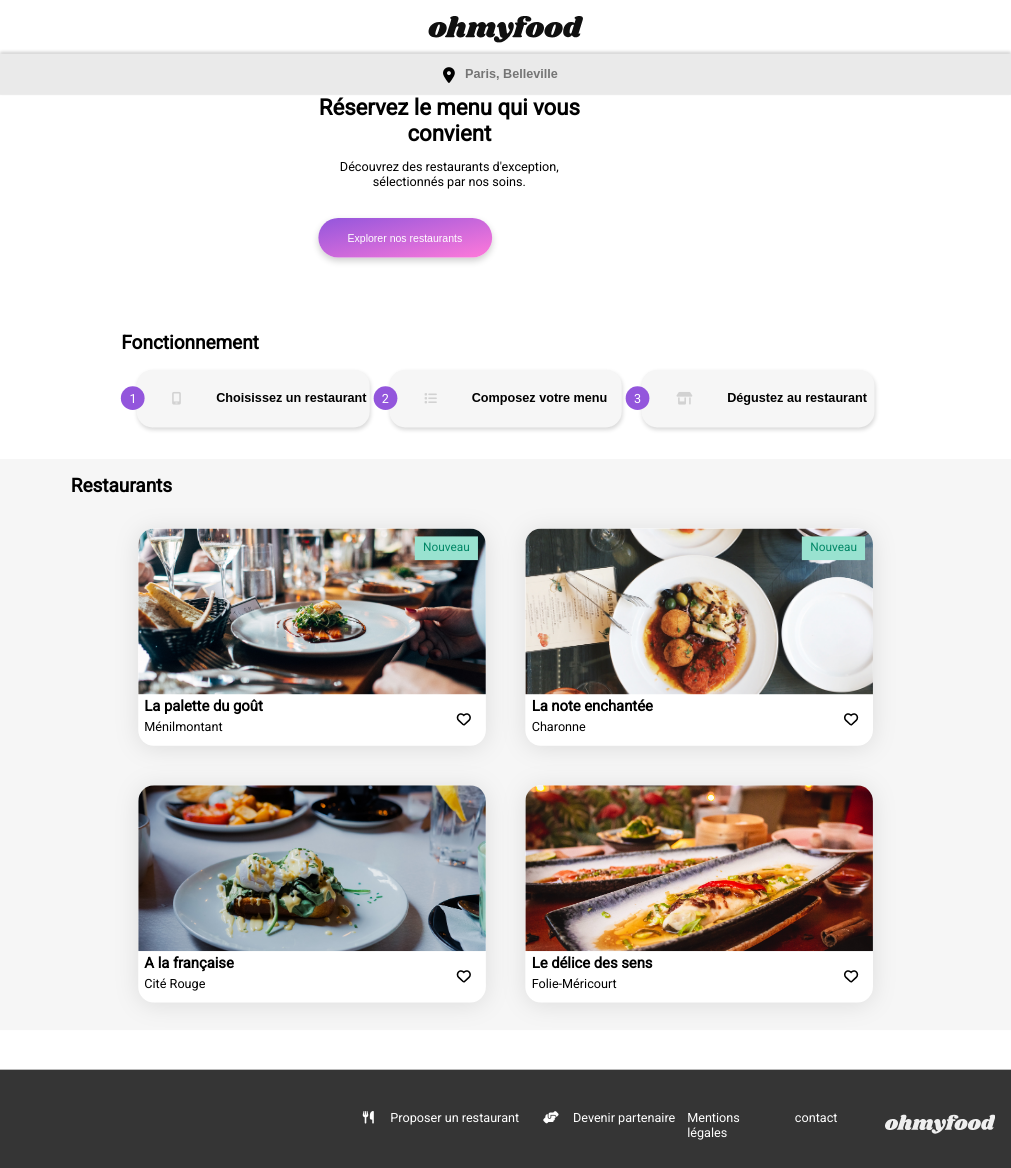
Repository: ByteVoyageur/OC-P4
Page: index.html
The author's editor kept a copy of each file at every save. The page is drawn from the files as they stood at one save, then again after the next save.
The browser window is 1280 px wide. The pictures show the whole page, at 79% of full size.
Some web fonts or font styles are not loaded; a fallback is used. The style sheet was rebuilt from its Sass, Less or Tailwind sources for each picture, by a compiler version that may differ from the author's.

Above is the page before, as saved 2023-09-28 14:59:03.

### index.html
<!DOCTYPE html>
<html lang="fr">

<head>
    <meta charset="UTF-8">
    <meta name="viewport" content="width=device-width, initial-scale=1.0">
    <title>Ohmyfood</title>
    <link rel="stylesheet" href="https://cdnjs.cloudflare.com/ajax/libs/font-awesome/6.2.1/css/all.min.css">
    <link rel="preconnect" href="https://fonts.googleapis.com">
    <link rel="preconnect" href="https://fonts.gstatic.com" crossorigin>
    <link href='https://fonts.googleapis.com/css?family=Roboto' rel='stylesheet'>
    <link href="https://fonts.googleapis.com/css2?family=Shrikhand&display=swap" rel="stylesheet">
    <link href="https://fonts.googleapis.com/css2?family=Bebas+Neue&display=swap" rel="stylesheet">
    <link rel="stylesheet" href="assets/css/style.css">
</head>

<body>
    <div class="promo-bouncer-animation">
        <div class="bouncer">
            <div></div>
            <div></div>
            <div></div>
        </div>
        <div class="promo-text">
            Profitez de <span class="highlight">50%</span> de réduction sur votre première commande !
        </div>
    </div>
    <div class="main-container">
        <header>
            <div class="logo">
                <img src="assets/images/logo/ohmyfood@2x.svg" alt="logo">
            </div>
            <form action="#" class="search-form">
                <i class="fa-solid fa-location-dot location-icon fa-lg"></i>
                <input type="text" name="search" placeholder="Paris, Belleville" class="search-input">
            </form>
        </header>
        <main>
            <section class="restaurants-intro">
                <h1>Réservez le menu qui vous convient</h1>
                <p>Découvrez des restaurants d'exception, sélectionnés par nos soins.</p>
                <button class="btn-exploration">Explorer nos restaurants</button>
            </section>

            <div class="fonctionnement">
                <h2>Fonctionnement</h2>
                <div class="steps-container">
                    <div class="step">
                        <span>1</span>
                        <button>
                            <i class="fa-solid fa-mobile-screen"></i>
                            <span>Choisissez un restaurant</span>
                        </button>
                    </div>
                    <div class="step">
                        <span>2</span>
                        <button>
                            <i class="fa-solid fa-list"></i>
                            <span>Composez votre menu</span>
                        </button>
                    </div>
                    <div class="step">
                        <span>3</span>
                        <button>
                            <i class="fa-solid fa-shop"></i>
                            <span>Dégustez au restaurant</span>
                        </button>
                    </div>
                </div>
            </div>

            <section class="restaurants-list">
                <h2>Restaurants</h2>
                <div class="restaurants-cards">
                    <a href="restaurants/laPaletteDuGout.html">
                        <article class="card">
                            <div class="card-image">
                                <img src="assets/images/restaurants/jay-wennington-N_Y88TWmGwA-unsplash.jpg"
                                    alt="restaurant">
                                <span class="card-tag">Nouveau</span>
                            </div>
                            <div class="card-content">
                                <div class="card-txt">
                                    <h3>La palette du goût</h3>
                                    <p>Ménilmontant</p>
                                </div>
                                <div class="card-rating">
                                    <i class="fa-solid fa-heart"></i>
                                </div>
                            </div>
                        </article>
                    </a>
                    <a href="restaurants/laNoteEnchantee.html">
                        <article class="card">
                            <div class="card-image">
                                <img src="assets/images/restaurants/stil-u2Lp8tXIcjw-unsplash.jpg" alt="restaurant">
                                <span class="card-tag">Nouveau</span>
                            </div>
                            <div class="card-content">
                                <div class="card-txt">
                                    <h3>La note enchantée</h3>
                                    <p>Charonne</p>
                                </div>
                                <div class="card-rating">
                                    <i class="fa-solid fa-heart"></i>
                                </div>
                            </div>
                        </article>
                    </a>
                    <a href="restaurants/aLaFrancaise.html">
                        <article class="card">
                            <div class="card-image">
                                <img src="assets/images/restaurants/toa-heftiba-DQKerTsQwi0-unsplash.jpg"
                                    alt="restaurant">
                            </div>
                            <div class="card-content">
                                <div class="card-txt">
                                    <h3>A la française</h3>
                                    <p>Cité Rouge</p>
                                </div>
                                <div class="card-rating">
                                    <i class="fa-solid fa-heart"></i>
                                </div>
                            </div>
                        </article>
                    </a>
                    <a href="restaurants/leDeliceDesSens.html">
                        <article class="card">
                            <div class="card-image">
                                <img src="assets/images/restaurants/louis-hansel-shotsoflouis-qNBGVyOCY8Q-unsplash.jpg"
                                    alt="restaurant">
                            </div>
                            <div class="card-content">
                                <div class="card-txt">
                                    <h3>Le délice des sens</h3>
                                    <p>Folie-Méricourt</p>
                                </div>
                                <div class="card-rating">
                                    <i class="fa-solid fa-heart"></i>
                                </div>
                            </div>
                        </article>
                    </a>
                </div>
            </section>
        </main>
        <footer>
            <div class="footer-logo">
                <img src="assets/images/logo/ohmyfood@2x.svg" alt="logo">
            </div>
            <div class=" footer-social">
                <ul>
                    <li class="proposer-un-restaurant">
                        <i class="fa-solid fa-utensils"></i>
                        <a href="#">Proposer un restaurant</a>
                    </li>
                    <li class="devenir-partenaire">
                        <i class="fa-solid fa-handshake-angle"></i>
                        <a href="#">Devenir partenaire</a>
                    </li>
                    <li><a href="#">Mentions légales</a></li>
                    <li><a href="mailto:example@example.com">contact</a></li>
                </ul>
            </div>
        </footer>
    </div>

</body>

</html>

### sass/style.scss
@import 'color';
@import 'body';
@import 'header';
@import 'footer';
@import 'animation-loading';
@import 'heart-hover-effect';
@import 'mixin';

.btn-exploration {
  @include btn-exploration-style;
  background: linear-gradient(
    175deg,
    $color-Primaire 0%,
    $color-Secondaire 100%
  );
  box-shadow: 0px 4px 10px 0px rgba(0, 0, 0, 0.2);

  &:hover {
    box-shadow: 0px 4px 20px 0px rgba(0, 0, 0, 0.2);
    transform: scale(1.05);
  }
}

.btn-exploration {
  @include btn-exploration-style;
  background: linear-gradient(
    to bottom right,
    $color-Primaire,
    $color-Secondaire
  );

  &:hover {
    background: linear-gradient(
      to bottom right,
      $color-Primaire,
      $color-Secondaire 80%
    );
    box-shadow: 0px 10px 20px rgba(0, 0, 0, 0.2);
    transform: scale(1.05);
  }
}

.restaurants-list {
  display: flex;
  background-color: #f6f6f6;
  width: 100%;
  flex-direction: column;
  gap: 20px;
  margin-bottom: 50px;
  padding: 0 7%;
}

.restaurants-intro {
  height: 350px;
  color: black;

  h1 {
    width: 70%;
    font-size: 1.75em;
    font-weight: bold;
    margin-bottom: 10px;
    text-align: center;
    margin-top: 0;
  }

  p {
    width: 70%;
    font-size: 1.2em;
    text-align: center;
  }
}

.fonctionnement {
  width: 100%;
  display: flex;
  flex-direction: column;
  h2 {
    margin-left: 6%;
  }

  .steps-container {
    display: flex;
    flex-direction: column;
    align-items: center;
    width: 100%;
    gap: 25px;
    margin-bottom: 50px;

    .step {
      display: flex;
      flex-direction: row;
      align-items: center;
      justify-content: center;
      width: 85%;
      position: relative;

      span:nth-child(1) {
        background-color: $color-Primaire;
        border-radius: 50%;
        color: white;
        width: 30px;
        height: 30px;
        display: flex;
        align-items: center;
        justify-content: center;
        position: absolute;
        left: -20px;
        z-index: 2;
      }
    }

    button {
      width: 100%;
      background-color: #f6f6f6;
      font-weight: bold;
      font-size: 1em;
      border-radius: 20px;
      height: 73px;
      display: flex;
      align-items: center;
      justify-content: flex-start;
      box-shadow: 1px 3px 6px rgba(0, 0, 0, 0.16);
      gap: 15%;
      padding: 0;
      border: none;
      cursor: pointer;
      position: relative;
      z-index: 1;

      &:hover i {
        color: $color-Primaire;
      }

      i {
        color: #d2d2d2;
        padding-left: 15%;
      }

      span {
        text-align: center;
      }
    }
  }
}

.restaurants-cards {
  width: 100%;
  display: flex;
  flex-direction: column;
  flex-wrap: wrap;
  justify-content: center;
  gap: 20px;
}

a {
  color: black;
  text-decoration: none;
  width: 90%;
  height: auto;
  display: flex;
  flex-direction: column;

  .card {
    @include card-style;

    img {
      width: 100%;
      height: 210px;
      object-fit: cover;
      border-top-left-radius: 20px;
      border-top-right-radius: 20px;
      position: relative;
    }

    span {
      position: absolute;
      width: 80px;
      height: 30px;
      top: 10px;
      right: 10px;
      background-color: $color-Tertiaire;
      color: #008766;
      font-size: 15px;
      padding: 5px;
      text-align: center;
    }

    .card-content {
      display: flex;
      flex-direction: row;
      justify-content: space-between;

      .card-rating {
        margin-right: 10px;
        margin-top: 10px;
      }

      .card-txt {
        display: flex;
        flex-direction: column;
        gap: 5px;
        margin-left: 8px;
        margin-bottom: 15px;

        h3 {
          margin: 0;
        }

        p {
          margin: 0;
        }
      }
    }
  }
}

@media (min-width: 1024px) {
  .restaurants-intro {
    height: 280px;

    p {
      font-size: medium;
    }

    .btn-exploration {
      width: 220px;
    }
  }

  .fonctionnement {
    flex-direction: column;
    justify-content: center;

    h2 {
      margin-left: 12%;
    }

    .steps-container {
      display: flex;
      flex-direction: row;
      justify-content: center;
      margin-bottom: 40px;

      .step {
        flex-direction: row;
        width: 23%;
      }
    }
  }

  .restaurants-list {
    .restaurants-cards {
      flex-direction: row;
      gap: 50px;
      margin-bottom: 35px;

      a {
        width: 40%;
      }
    }
  }
}

### sass/color.scss
$color-Primaire: #9356dc;
$color-Secondaire: #ff79da;
$color-Tertiaire: #99e2d0;

### sass/body.scss
* {
  box-sizing: border-box;
}
html,
body {
  margin: 0;
  padding: 0;
  background-color: #ffffff;
  font-family: 'Roboto', sans-serif;
}

body {
  .main-container {
    margin: 0;
    padding: 0;
    display: flex;
    flex-direction: column;
    align-items: center;
    justify-content: center;

    main {
      display: flex;
      flex-direction: column;
      align-items: center;
      justify-content: center;
      width: 100%;
    }
  }
}

### sass/header.scss
header {
  width: 100%;
  height: 120px;
  background-color: white;
  display: flex;
  flex-direction: column;
  justify-content: center;
  align-items: center;
  .logo {
    margin-top: 20px;
    margin-bottom: 10px;
  }
  .search-form {
    width: 100%;
    height: 60px;
    background-color: #eaeaea;
    display: flex;
    justify-content: center;
    align-items: center;
    box-shadow: 0px -2px 4px rgba(0, 0, 0, 0.2);
    .location-icon {
      margin-right: 10px;
    }

    .search-input {
      font-size: 1em;
      font-weight: bold;
      border: none;
      background-color: transparent;
      width: auto;
      max-width: 15ch;
      border: 1px solid transparent;
      &:focus {
        outline: none;
        border: none;
      }
    }
  }
}

### sass/footer.scss
footer {
  width: 100%;
  background-color: #353535;
  display: flex;
  flex-direction: column;
  justify-content: flex-start;
  align-items: flex-start;
  padding: 20px;

  i {
    color: white;
  }

  .footer-social {
    display: flex;
    flex-direction: column;
    align-items: flex-start;
    gap: 15px;
    margin-top: 5px;

    ul {
      list-style-type: none;
      padding: 0;
      li {
        display: flex;
        flex-direction: row;
        gap: 20px;
        align-items: baseline;

        .fa-solid,
        .fas {
          width: 18px;
        }
        .my-custom-icon {
          font-size: 16px;
        }
      }
      gap: 5px;
    }

    a {
      color: white;
      text-decoration: none;
      font-size: 1em;
      margin-top: 10px;
      &:hover {
        text-decoration: underline;
      }
    }
  }
}
.footer-logo img {
  filter: invert(1);
}

@media (min-width: 1024px) {
  footer {
    flex-direction: row-reverse;
    align-items: center;
    gap: 50px;
    img {
      margin-top: 18px;
      width: 140px;
      height: 30px;
    }
    ul {
      display: flex;
      flex-direction: row;
      li {
        gap: 10px;
        a {
          margin-right: 10px;
        }
      }

      .fa-solid {
        margin-left: 12px;
      }
    }
  }
}

### sass/animation-loading.scss
@import 'color';
@import 'mixin';

.promo-bouncer-animation {
  position: fixed;
  top: 0;
  left: 0;
  width: 100%;
  height: 100%;
  background-color: $color-Primaire;
  animation: fadeOut 3.5s cubic-bezier(0.5, 0, 0.5, 0.2) forwards;
  z-index: 10;
  pointer-events: none;
}

.promo-text {
  font-family: 'Bebas Neue', sans-serif;
  font-size: 3em;
  text-shadow: 4px 4px 8px rgba(0, 0, 0, 0.6);
  color: white;
  position: absolute;
  top: 40%;
  left: 50%;
  transform: translate(-50%, -50%);
  z-index: 11;
}

.promo-text .highlight {
  font-size: 2em;
}

.content {
  opacity: 0;
  transition: opacity 1s;
  position: relative;
}

@keyframes fadeOut {
  0% {
    opacity: 1;
  }
  100% {
    opacity: 0;
    height: 100%;
    width: 100%;
  }
}

@keyframes highlightPulse {
  0%,
  100% {
    font-size: 2em;
  }
  50% {
    font-size: 2.5em;
  }
}

.promo-text .highlight {
  font-size: 2em;
  display: inline-block;
  animation: highlightPulse 2s;
}

@keyframes bounce {
  0%,
  20%,
  50%,
  80%,
  100% {
    transform: translateY(0);
  }
  40% {
    transform: translateY(-150%);
  }
  60% {
    transform: translateY(-75%);
  }
}

.bouncer {
  display: flex;
  justify-content: space-between;
  position: absolute;
  top: 20%;
  left: 50%;
  transform: translateX(-50%);
  width: 100px;
  margin: 0 auto;
}

.bouncer div {
  width: 20px;
  height: 20px;
  background-color: #ece2e2;
  border-radius: 100%;
  animation: bounce 1.5s infinite ease-in-out;
}

.bouncer div:nth-child(2) {
  animation-delay: -0.4s;
}

.bouncer div:nth-child(3) {
  animation-delay: -0.8s;
}

### sass/mixin.scss
@mixin btn-exploration-style {
  border-radius: 40px;
  color: white;
  height: 50px;
  width: 58%;
  border: none;
  margin-top: 20px;
  transition: all 0.3s ease-in-out;
}

@mixin flex-center {
  display: flex;
  justify-content: center;
  align-items: center;
}

@mixin card-style {
  width: 100%;
  display: flex;
  flex-direction: column;
  background-color: white;
  border-radius: 20px;
  filter: drop-shadow(0px 3px 15px rgba(0, 0, 0, 0.1));
  transition: all 0.2s;
}

@mixin ellipsis {
  overflow: hidden;
  text-overflow: ellipsis;
  white-space: nowrap;
}

### sass/heart-hover-effect.scss
@import 'color';

.fa-heart {
  color: transparent;
  -webkit-text-stroke: 2px black;
  padding: 10px;
}

.fa-heart:hover {
  -webkit-text-stroke: 0 black;
  animation: display-coeur 2s ease forwards;
}

@keyframes display-coeur {
  0% {
    transform: scale(0.7);
    color: transparent;
  }

  50% {
    transform: scale(1.5);
    -webkit-background-clip: text;
    background-image: linear-gradient(
      to bottom right,
      $color-Primaire,
      $color-Secondaire
    );
  }
  100% {
    transform: scale(1);
    -webkit-background-clip: text;
    background-image: linear-gradient(
      to bottom right,
      $color-Primaire,
      $color-Secondaire
    );
  }
}

After the next save:
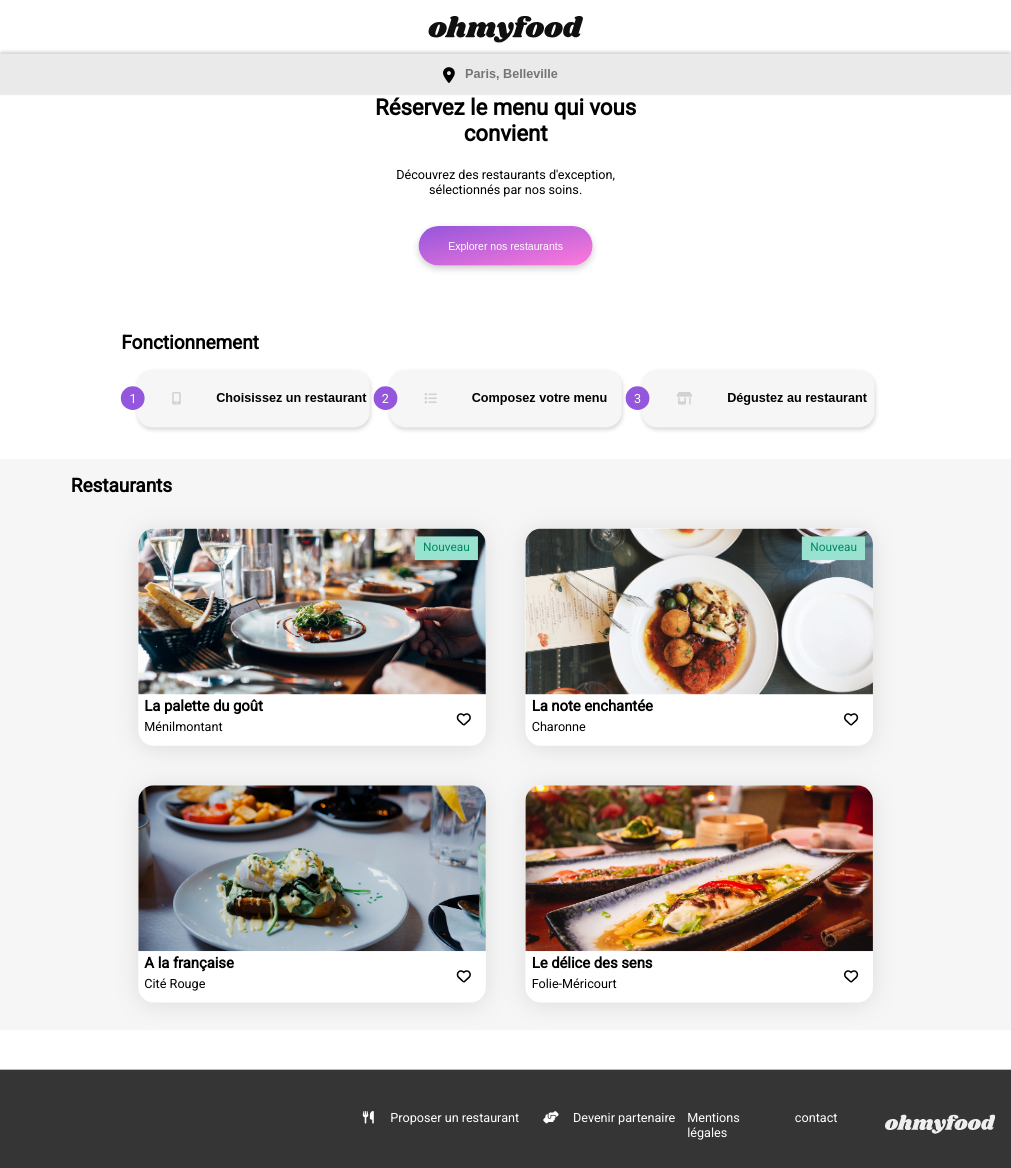
Saved 51 s later.
--- a/sass/style.scss
+++ b/sass/style.scss
@@ -51,6 +51,9 @@
 }
 
 .restaurants-intro {
+  display: flex;
+  flex-direction: column;
+  align-items: center;
   height: 350px;
   color: black;
 
